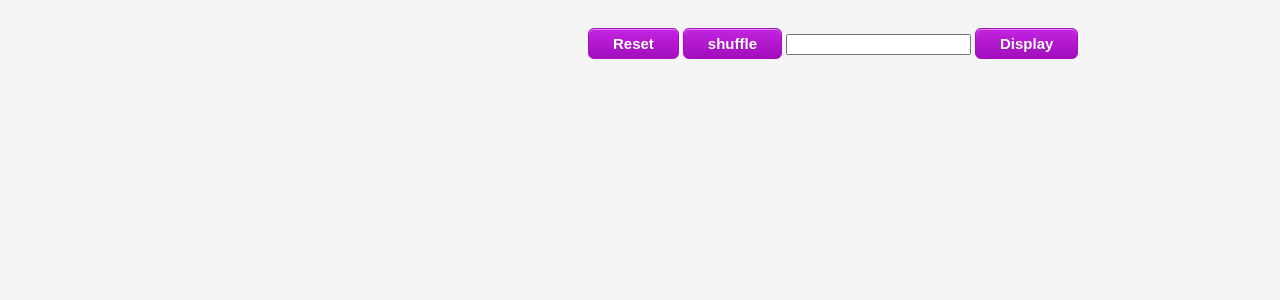
Repository: rashmikagamage/puzzle-vanila-js
Page: index.html
The author's editor kept a copy of each file at every save. The page is drawn from the files as they stood at one save, then again after the next save.
The browser window is 1280 px wide. The pictures show the whole page.

Above is the page before, as saved 2020-08-06 13:26:12.

### index.html
<!DOCTYPE html>
<html>

<head>
    <link rel="stylesheet" type="text/css" href="./style.css">
</head>

<body>

    <div class="gridContainer" id="imgContainer"></div>
    <button class="reset " style="margin-left: 580px; " onclick="reset() " align="center ">Reset</button>
    <button class="reset " onclick="shuffle() ">shuffle</button>

    <input type="text" id="number">
    <button class="reset" onclick="display()"> Display</button>

    <script src="./function.js">
    </script>

</body>

</html>

### style.css
.gridContainer {
    display: grid;
}

body {
    background-color: whitesmoke;
}

.wrapper {
    margin-left: 460px;
    margin-top: 50px;
    display: grid;
    grid-template-columns: 143px 143px 143px;
    grid-template-rows: 145px 145px 148px;
}

.reset {
    margin-top: 20px;
    box-shadow: inset 0px 1px 0px 0px #e184f3;
    background: linear-gradient(to bottom, #c123de 5%, #a20dbd 100%);
    background-color: #c123de;
    border-radius: 6px;
    border: 1px solid #a511c0;
    display: inline-block;
    cursor: pointer;
    color: #ffffff;
    font-family: Arial;
    font-size: 15px;
    font-weight: bold;
    padding: 6px 24px;
    text-decoration: none;
    text-shadow: 0px 1px 0px #9b14b3;
}

.reset:hover {
    background: linear-gradient(to bottom, #a20dbd 5%, #c123de 100%);
    background-color: #a20dbd;
}

.reset:active {
    position: relative;
    top: 1px;
}

.test {
    width: 350px;
    height: 70px;
    padding: 10px;
    border: 1px solid #aaaaaa;
}

### function.js
let cells = [];
let cellsCopy = []
let dragElement;
let moves = 0;
let num;
let num2;

function display() {

    if (document.getElementById("number").value == "") {
        alert("enter a number");
        return;
    }

    num = parseInt(document.getElementById("number").value);
    num2 = num;
    document.getElementById("number").value = ""
    cellsCopy = [...cells];
    let cellSize = 450 / num + "px";
    let diff = 100 / num;
    let grid = "";
    let row = num;
    let col = num;
    let idCount = 0;

    for (let i = 0; i < num; i++) {
        grid = grid + cellSize + " ";
    }

    document.getElementById("imgContainer").style.gridTemplateColumns = grid;
    let yPosition = 0;
    for (let i = 0; i < row; i++) {
        let xPosition = 0;
        for (let j = 0; j < col; j++) {

            var x = document.createElement("div");
            x.style.width = cellSize;
            x.style.height = cellSize;
            x.style.border = "solid white 1px";
            x.setAttribute("id", "img" + idCount);

            if (idCount == (num * num) - 1) {
                x.style.backgroundColor = "white";
                cells.push({ 'x': -1, 'y': -1 });
            } else {
                x.style.backgroundImage = "url('./chess.jpg')";
                cells.push({ 'x': xPosition, 'y': yPosition });
            }

            x.style.backgroundPosition = xPosition + "% " + yPosition + "%";
            x.innerText = xPosition + " " + yPosition
            x.draggable = "true";
            x.addEventListener("dragstart", () => drag(event))
            x.addEventListener("dragover", () => allowDrop(event))
            x.addEventListener("drop", () => move(event))
            document.getElementById("imgContainer").appendChild(x);
            xPosition = xPosition + (100 / (num - 1));
            idCount++;

        }
        yPosition = yPosition + (100 / (num - 1));
    }
    cellsCopy = [...cells]
}

function build() {
    var flag = true;
    for (let i = 0; i < 9; i++) {
        cell = "i" + i;
        document.getElementById(cell).src = './puzzle-imgs/' + cells[i] + '.jpg';
    }

    //if array equals to starting array user wins
    for (let i = 0; i < cellsCopy.length; i++) {
        if (cells[i] != cellsCopy[i]) {
            flag = false;
            break;
        }
    }
    if (flag == true && moves > 0) {
        won();
    }
}


function allowDrop(ev) {
    ev.preventDefault();
}

function drag(ev) {
    ev.dataTransfer.setData("contain", ev.target.id);
    dragElement = parseInt(event.target.id.substring(3));
}

function move(ev) {
    let num = num2
    dropElement = parseInt(event.target.id.substring(3));

    let flag = false;
    //handling right moves
    if (dragElement % num < (num - 1) && cells[dropElement].x == -1) {

        if (cells[dragElement + 1].x == -1) {

            document.getElementById("img" + dragElement).style.backgroundImage = "";
            document.getElementById("img" + dragElement).style.backgroundColor = "white";
            document.getElementById("img" + dropElement).style.backgroundImage = "url('./chess.jpg.')";
            document.getElementById("img" + dropElement).style.backgroundPosition = cells[dragElement].x + "% " + cells[dragElement].y + "% ";
            temp = cells[dragElement];
            cells[dragElement] = cells[dropElement];
            cells[dropElement] = temp;
            flag = true;
            moves++;
            checkWin();

            //;
        }
    }

    //handling down moves
    if (dragElement < ((num * num) - num) && cells[dropElement].x == -1) {
        if (cells[dragElement + num].x == -1) {
            document.getElementById("img" + dragElement).style.backgroundImage = "";
            document.getElementById("img" + dragElement).style.backgroundColor = "white";
            document.getElementById("img" + dropElement).style.backgroundImage = "url('./chess.jpg.')";
            document.getElementById("img" + dropElement).style.backgroundPosition = cells[dragElement].x + "% " + cells[dragElement].y + "% ";
            temp = cells[dragElement];
            cells[dragElement] = cells[dropElement];;
            cells[dropElement] = temp;
            flag = true;
            moves++;
            checkWin();
        }
    }

    //handling up moves
    if (dragElement < (num * num) && dragElement > num - 1 && cells[dropElement].x == -1) {

        if (cells[dragElement - num].x == -1) {
            document.getElementById("img" + dragElement).style.backgroundImage = "";
            document.getElementById("img" + dragElement).style.backgroundColor = "white";
            document.getElementById("img" + dropElement).style.backgroundImage = "url('./chess.jpg.')";
            document.getElementById("img" + dropElement).style.backgroundPosition = cells[dragElement].x + "% " + cells[dragElement].y + "% ";
            temp = cells[dragElement];
            cells[dragElement] = cells[dropElement];
            cells[dropElement] = temp;
            flag = true;
            moves++;
            checkWin();
        }
    }

    //handling left moves
    if (dragElement % num > 0 && cells[dropElement].x == -1) {
        if (cells[dragElement - 1].x == -1) {
            document.getElementById("img" + dragElement).style.backgroundImage = "";
            document.getElementById("img" + dragElement).style.backgroundColor = "white";
            document.getElementById("img" + dropElement).style.backgroundImage = "url('./chess.jpg.')";
            document.getElementById("img" + dropElement).style.backgroundPosition = cells[dragElement].x + "% " + cells[dragElement].y + "% ";
            temp = cells[dragElement];
            cells[dragElement] = cells[dropElement];
            cells[dropElement] = temp;
            flag = true;
            moves++;
            checkWin();
        }
    }
    if (flag == false) {
        alert("Can not be Moved");
    }
}

function checkWin() {
    var flag = true;

    //if array equals to starting array user wins
    for (let i = 0; i < cellsCopy.length; i++) {
        if (cells[i] != cellsCopy[i]) {
            flag = false;
            break;
        }
    }
    if (flag == true && moves > 0) {
        alert("win")
    }
}

After the next save:
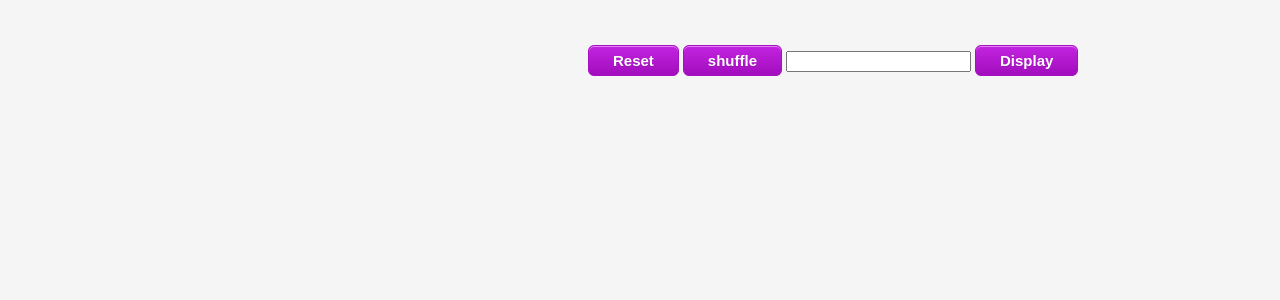
Saved 3 min 16 s later.
--- a/index.html
+++ b/index.html
@@ -6,7 +6,7 @@
 </head>
 
 <body>
-
+    <div id="win" style="margin-left: 600px; font-size: 30px; text-shadow: black; margin-top: 25px; color: red;"></div>
     <div class="gridContainer" id="imgContainer"></div>
     <button class="reset " style="margin-left: 580px; " onclick="reset() " align="center ">Reset</button>
     <button class="reset " onclick="shuffle() ">shuffle</button>
